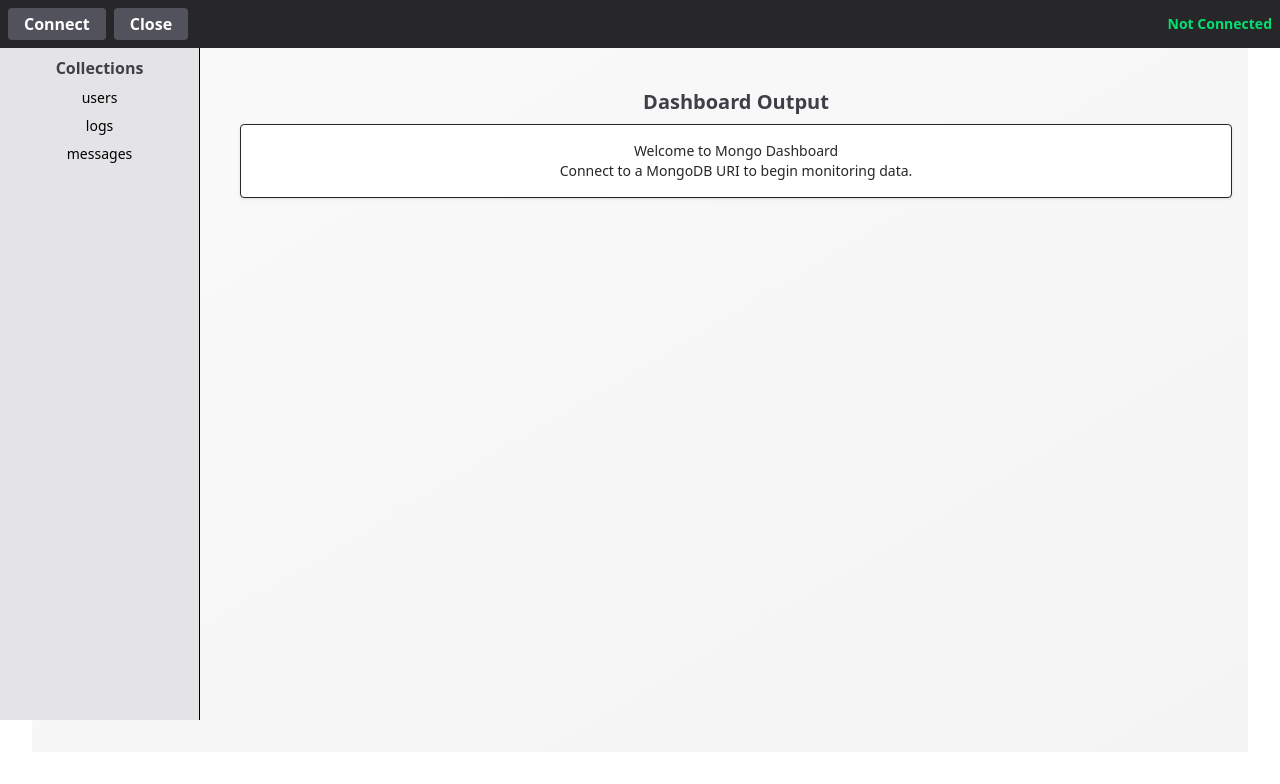
Repository: aryan151pratap/Dashboard
Page: / (app in frontened/)
An editor plug-in stored every save of this project. The page is shown before and after the next save, followed by the edit.
The browser window is 1280 px wide. The pictures show the whole page.
The project was rebuilt for these pictures with package versions that can differ from the ones it lists, and the page was loaded fresh each time. Also part of the build but not shown: frontened/vite.config.js, frontened/src/component/connect.jsx.

Above is the page before, as saved 2025-06-24 13:48:33.

After the next save:
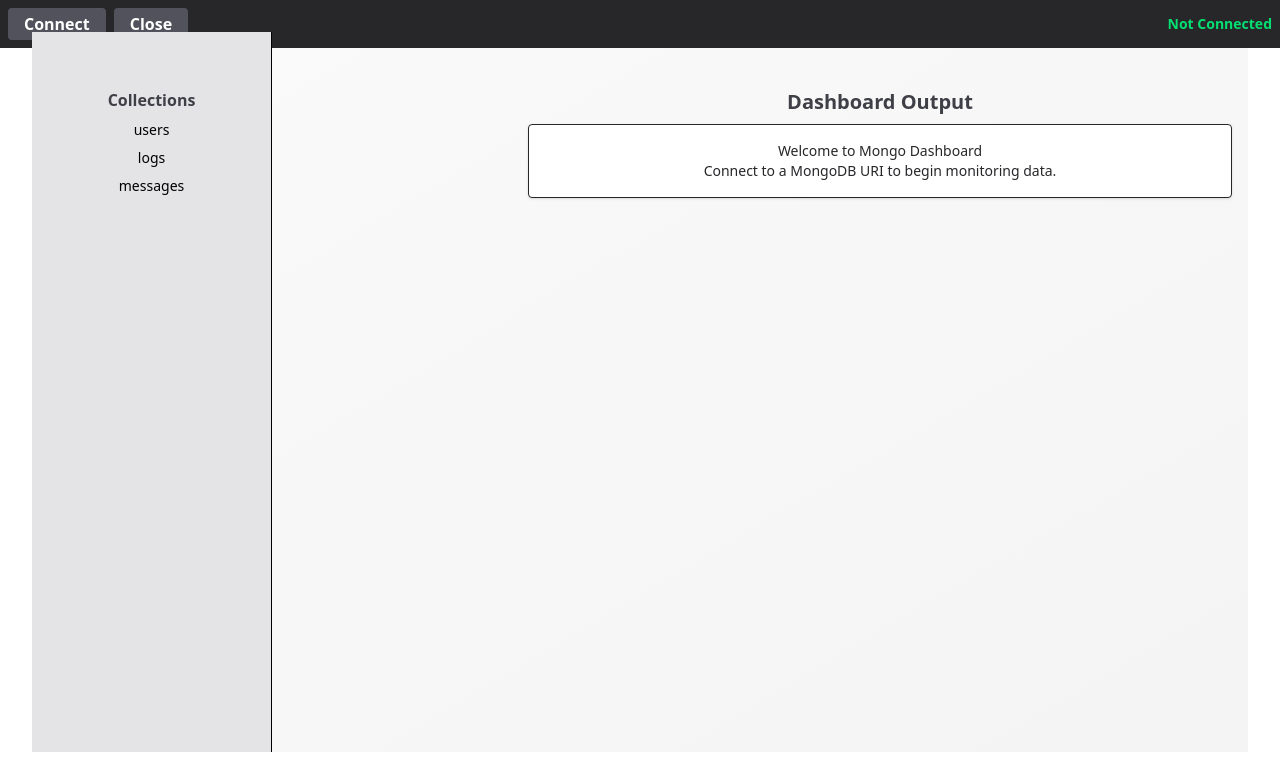
Saved 44 s later.
--- a/frontened/src/component/bar.jsx
+++ b/frontened/src/component/bar.jsx
@@ -27,25 +27,27 @@
 			</p>
 		</div>
 
-		<div className="h-screen flex sm:flex-col md:flex-col flex-row">
-			<div className="sm:h-full w-full pt-12 sm:w-48 md:w-50 bg-zinc-200 sm:fixed md:fixed left-0 top-0 border-r">
-				<p className="text-center font-bold p-2 text-zinc-700">Collections</p>
-				<ul className="px-4 text-sm space-y-2">
-					<li className="hover:underline cursor-pointer">users</li>
-					<li className="hover:underline cursor-pointer">logs</li>
-					<li className="hover:underline cursor-pointer">messages</li>
-				</ul>
-			</div>
+		<div className="h-screen flex flex-col md:flex-row">
+  {/* Sidebar */}
+  <div className="w-full md:w-60 md:h-screen bg-zinc-200 border-r pt-12 fixed md:relative top-0 left-0 z-10">
+    <p className="text-center font-bold p-2 text-zinc-700">Collections</p>
+    <ul className="px-4 text-sm space-y-2">
+      <li className="hover:underline cursor-pointer">users</li>
+      <li className="hover:underline cursor-pointer">logs</li>
+      <li className="hover:underline cursor-pointer">messages</li>
+    </ul>
+  </div>
 
-			{/* Main Content */}
-			<div className="sm:ml-48 pt-14 p-4">
-				<h1 className="text-xl font-bold mb-2 text-zinc-700">Dashboard Output</h1>
-				<div className="bg-white p-4 border rounded shadow text-sm text-zinc-800">
-				<p>Welcome to Mongo Dashboard</p>
-				<p>Connect to a MongoDB URI to begin monitoring data.</p>
-				</div>
-			</div>
-		</div>
+  {/* Main Content */}
+  <div className="flex-1 pt-14 p-4 md:ml-60">
+    <h1 className="text-xl font-bold mb-2 text-zinc-700">Dashboard Output</h1>
+    <div className="bg-white p-4 border rounded shadow text-sm text-zinc-800">
+      <p>Welcome to Mongo Dashboard</p>
+      <p>Connect to a MongoDB URI to begin monitoring data.</p>
+    </div>
+  </div>
+</div>
+
 
 		{/* Connect Modal */}
 		{showModal && (

After the save that followed:
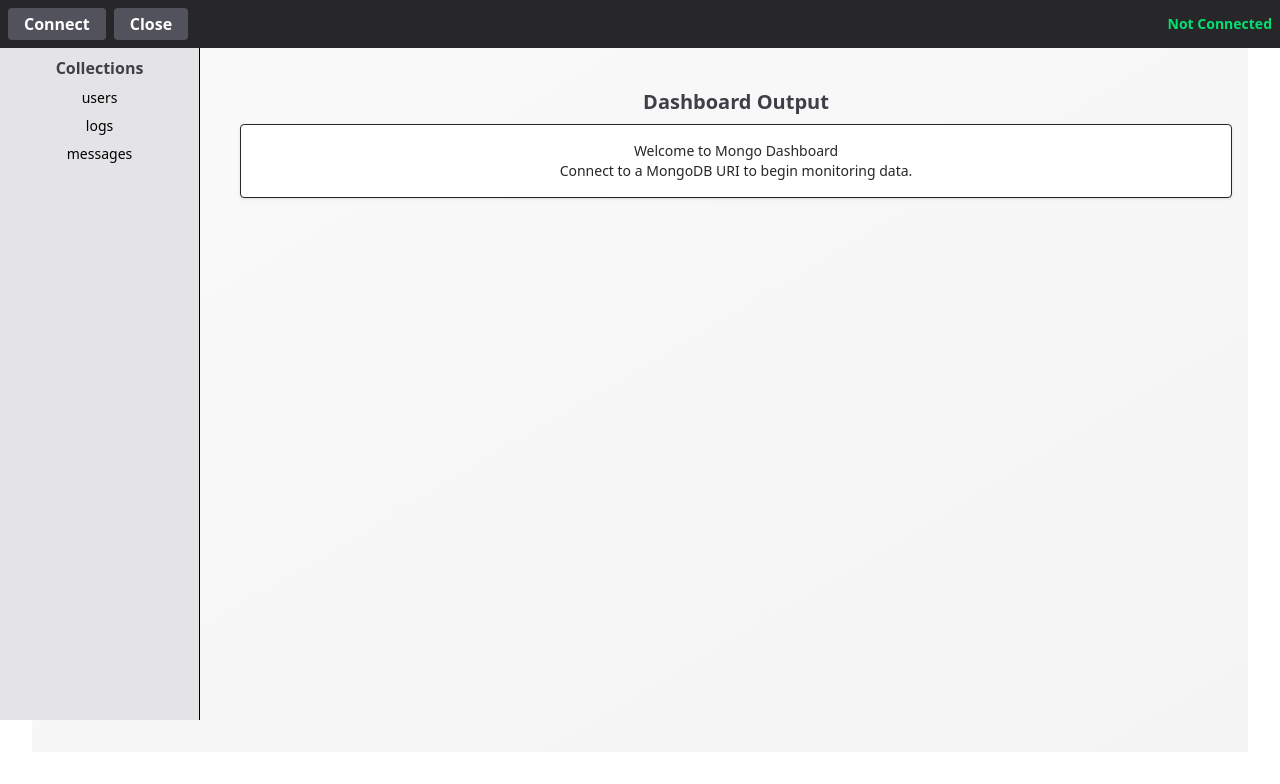
Saved 7 s later.
--- a/frontened/src/component/bar.jsx
+++ b/frontened/src/component/bar.jsx
@@ -27,27 +27,25 @@
 			</p>
 		</div>
 
-		<div className="h-screen flex flex-col md:flex-row">
-  {/* Sidebar */}
-  <div className="w-full md:w-60 md:h-screen bg-zinc-200 border-r pt-12 fixed md:relative top-0 left-0 z-10">
-    <p className="text-center font-bold p-2 text-zinc-700">Collections</p>
-    <ul className="px-4 text-sm space-y-2">
-      <li className="hover:underline cursor-pointer">users</li>
-      <li className="hover:underline cursor-pointer">logs</li>
-      <li className="hover:underline cursor-pointer">messages</li>
-    </ul>
-  </div>
+		<div className="h-screen flex sm:flex-col md:flex-col flex-row">
+			<div className="sm:h-full w-full pt-12 sm:w-48 md:w-50 bg-zinc-200 sm:fixed md:fixed left-0 top-0 border-r">
+				<p className="text-center font-bold p-2 text-zinc-700">Collections</p>
+				<ul className="px-4 text-sm space-y-2">
+					<li className="hover:underline cursor-pointer">users</li>
+					<li className="hover:underline cursor-pointer">logs</li>
+					<li className="hover:underline cursor-pointer">messages</li>
+				</ul>
+			</div>
 
-  {/* Main Content */}
-  <div className="flex-1 pt-14 p-4 md:ml-60">
-    <h1 className="text-xl font-bold mb-2 text-zinc-700">Dashboard Output</h1>
-    <div className="bg-white p-4 border rounded shadow text-sm text-zinc-800">
-      <p>Welcome to Mongo Dashboard</p>
-      <p>Connect to a MongoDB URI to begin monitoring data.</p>
-    </div>
-  </div>
-</div>
-
+			{/* Main Content */}
+			<div className="sm:ml-48 pt-14 p-4">
+				<h1 className="text-xl font-bold mb-2 text-zinc-700">Dashboard Output</h1>
+				<div className="bg-white p-4 border rounded shadow text-sm text-zinc-800">
+				<p>Welcome to Mongo Dashboard</p>
+				<p>Connect to a MongoDB URI to begin monitoring data.</p>
+				</div>
+			</div>
+		</div>
 
 		{/* Connect Modal */}
 		{showModal && (
